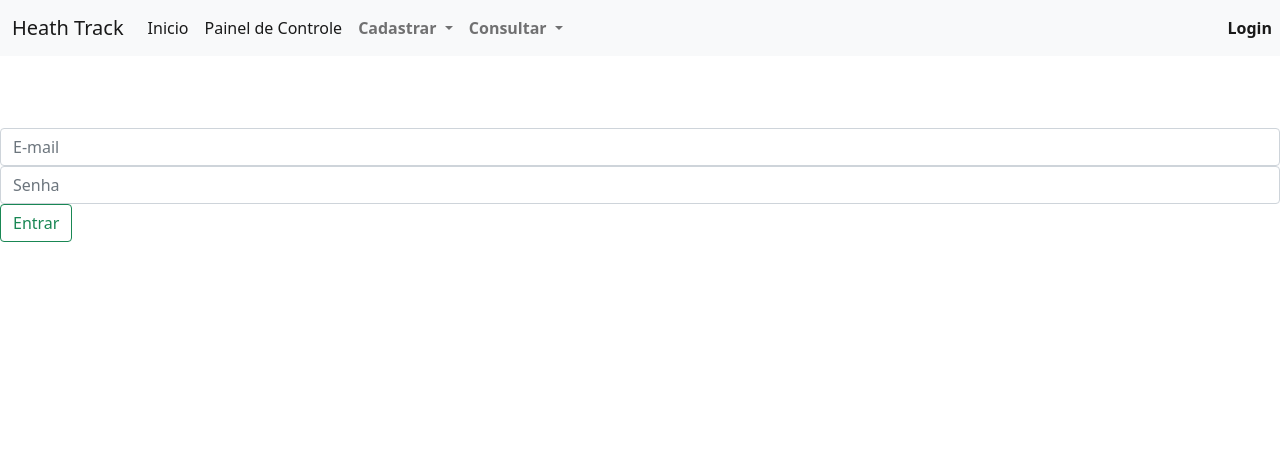
Repository: FellipySantos/HealthTrack_Finalizado
Page: http://localhost/JSPs/login.jsp
The author's editor kept a copy of each file at every save. The page is drawn from the files as they stood at one save, then again after the next save.
The browser window is 1280 px wide. The pictures show the whole page.
The page is served by Tomcat 9.

Above is the page before, as saved 2021-11-22 01:33:25.

After the next save:
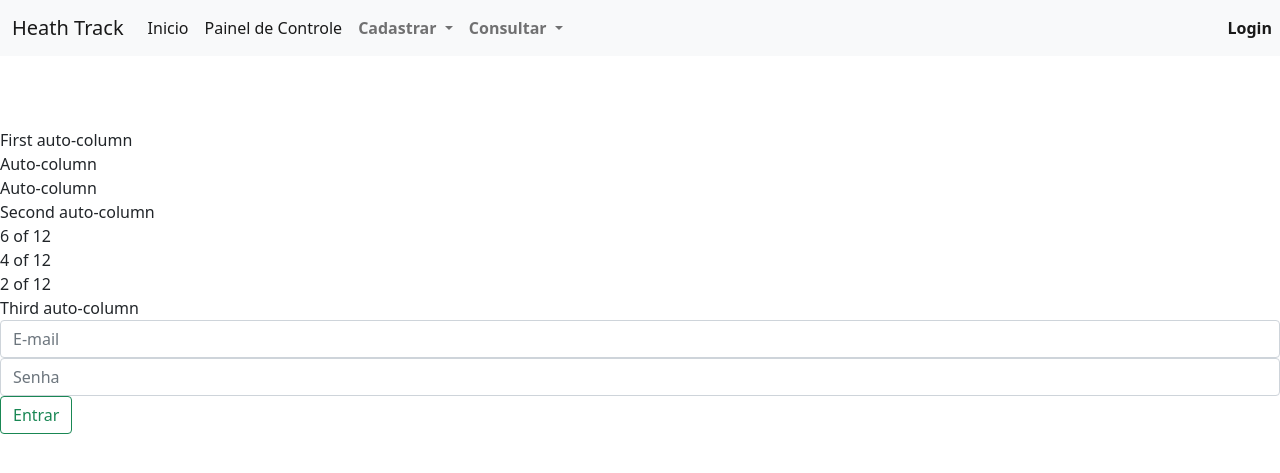
Saved 3 min 56 s later.
--- a/JSP/JSPs/WebContent/login.jsp
+++ b/JSP/JSPs/WebContent/login.jsp
@@ -11,6 +11,26 @@
 <%@ include file="menu.jsp" %>
 
 <br><br><br>
+
+
+<div class="grid" style="--bs-columns: 3;">
+  <div>
+    First auto-column
+    <div class="grid">
+      <div>Auto-column</div>
+      <div>Auto-column</div>
+    </div>
+  </div>
+  <div>
+    Second auto-column
+    <div class="grid" style="--bs-columns: 12;">
+      <div class="g-col-6">6 of 12</div>
+      <div class="g-col-4">4 of 12</div>
+      <div class="g-col-2">2 of 12</div>
+    </div>
+  </div>
+  <div>Third auto-column</div>
+</div>
 	    <span class="navbar-text text-danger" style="margin-right:10px" >
 	        ${erro }
 	  	</span>

After the save that followed:
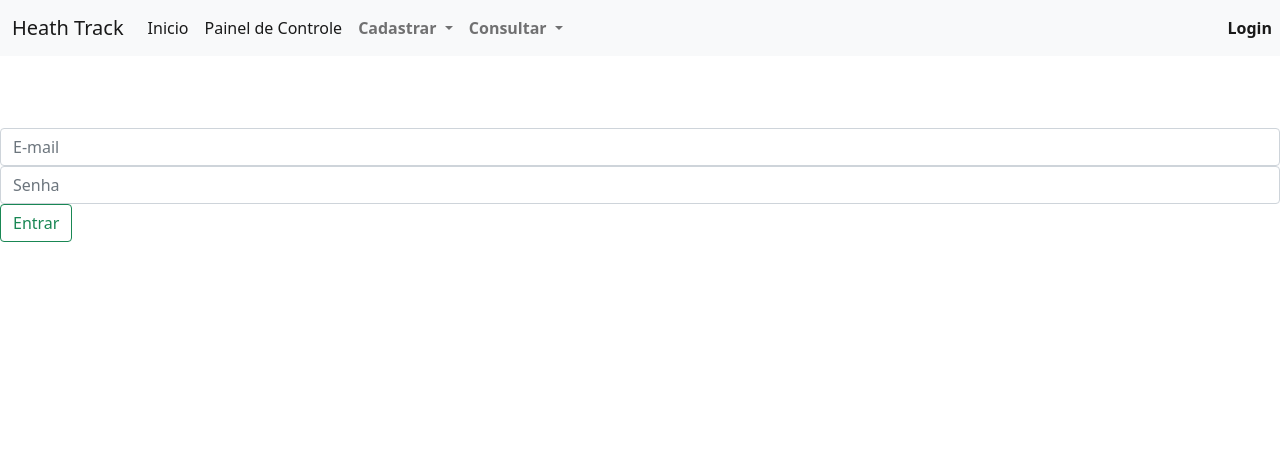
Saved 11 s later.
--- a/JSP/JSPs/WebContent/login.jsp
+++ b/JSP/JSPs/WebContent/login.jsp
@@ -13,24 +13,7 @@
 <br><br><br>
 
 
-<div class="grid" style="--bs-columns: 3;">
-  <div>
-    First auto-column
-    <div class="grid">
-      <div>Auto-column</div>
-      <div>Auto-column</div>
-    </div>
-  </div>
-  <div>
-    Second auto-column
-    <div class="grid" style="--bs-columns: 12;">
-      <div class="g-col-6">6 of 12</div>
-      <div class="g-col-4">4 of 12</div>
-      <div class="g-col-2">2 of 12</div>
-    </div>
-  </div>
-  <div>Third auto-column</div>
-</div>
+
 	    <span class="navbar-text text-danger" style="margin-right:10px" >
 	        ${erro }
 	  	</span>
